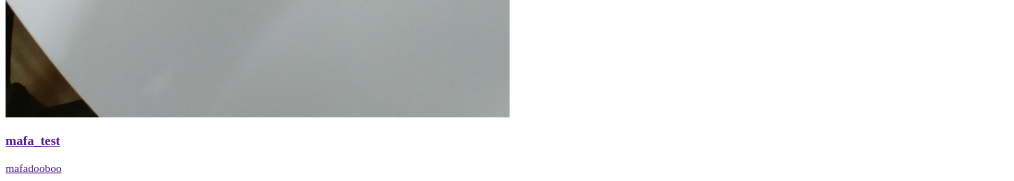
Repository: DevMinwoo-Jung/Portfolio
Page: index.html
The author's editor kept a copy of each file at every save. The page is drawn from the files as they stood at one save, then again after the next save.
The browser window is 1280 px wide. The page is 1280 px wide, then 1448 px, so the pictures cover 1448 px, including what lies to the right of the window. The pictures show the part of the page from y = 4101 to 5781 px (the page is 4359 px tall before and 9724 px after), at 70% of full size.
Some web libraries are served in a nearby version.

Above is the page before, as saved 2021-03-22 14:05:06.

### index.html
<!DOCTYPE html>
<html lang="en">
<head>
  <meta charset="UTF-8">
  <meta http-equiv="X-UA-Compatible" content="IE=edge">
  <meta name="viewport" content="width=device-width, initial-scale=1.0">
  <title>Minwoo's Portfolio</title>
  <meta name="description" content="Portfolio for FrontEnd software enginner Minwoo">
  <meta name="author" content="Minwoo">
  <link rel="stylesheet" href="https://pro.fontawesome.com/releases/v5.10.0/css/all.css" integrity="sha384-AYmEC3Yw5cVb3ZcuHtOA93w35dYTsvhLPVnYs9eStHfGJvOvKxVfELGroGkvsg+p" crossorigin="anonymous"/>
  <link rel="icon" type="image/png" href="imgs/favicon.png" />
  <i class="fas fa-address-card"></i>
  <link rel="preconnect" href="https://fonts.gstatic.com">
<link href="https://fonts.googleapis.com/css2?family=Open+Sans:wght@400;600;700&display=swap" rel="stylesheet">
<!-- font-family: 'Open Sans', sans-serif; -->
<link rel="stylesheet" href="style.css">
<script src="main.js" defer></script>
</head>
<body>
  <!-- Navbar -->
  <nav id="navbar">
    <div class="navbar__logo"></div>
    <i class="fas fa-archway"></i>
    <a href="#">Minwoo</a>
      <ul class="navbar__menu">
        <li class="navbar__menu__item">Home</li>
        <li class="navbar__menu__item">About</li>
        <li class="navbar__menu__item">Skills</li>
        <li class="navbar__menu__item">My work</li>
        <li class="navbar__menu__item">Testmonial</li>
        <li class="navbar__menu__item">Contact</li>
      </ul>
  </nav>
  <!-- Home -->
  <section id="home">
    <img src="imgs/main.png"
         alt="Minwoo's profile photo"
         class="home__avatar"
     />
    <h1 class="home__title">Hello, <br> I'm Minwoo</h1>
    <h2 class="home__description">안녕하세요 FrontEnd 개발자 정민우입니다.</h2>
    <button class="home__contact">Contact Me</button>
  </section>
  <!-- About -->
  <section id="about">
    <h1>About me</h1>
    <p>
      BackEnd enginner로 커리어를 시작했지만 Front-End개발자로 다시 시작하고자 하는 정민우입니다.
    </p>
    <div class="about__majors">
      <div class="major">
        <div class="major__icon">
          <i class="fab fa-js-square"></i>
        </div>
        <div class="major__title">Front-End</div>
        <div class="major__description">
          HTML, CSS, JavaScript, TypeScript,
          <br/> React, Web APIs
        </div>
      </div>
      <div class="major">
        <div class="major__icon">
          <i class="fab fa-js-square"></i>
        </div>
        <div class="major__title">Front-End</div>
        <div class="major__description">
          HTML, CSS, JavaScript, TypeScript,
          <br/> React, Web APIs
        </div>
      </div>
      <div class="major">
        <div class="major__icon">
          <i class="fab fa-js-square"></i>
        </div>
        <div class="major__title">Front-End</div>
        <div class="major__description">
          HTML, CSS, JavaScript, TypeScript,
          <br/> React, Web APIs
        </div>
      </div>
    </div>
    <div class="about__jobs">
      <div class="job">
        <img src="" alt="" class="job__logo">
        <p class="job__name"></p>
        <p class="job__period"></p>
      </div>
      <div class="job"></div>
    </div>
  </section>
  <!-- Skills -->
  <section id="skills">
    <h1>Skills</h1>
    <h2>Skills & Attributes</h2>
    <p>
      orem Ipsum is simply dummy text of the printing and typesetting industry. Lorem Ipsum has been the industry's standard dummy text ever since the 1500s, when an unknown printer took a galley of type and scrambled it to make a type specimen book. It has survived not only five centuries, but also the leap into electronic typesetting, remaining essentially unchanged. It was popularised in the 1960s with the release of Letraset sheets containing Lorem Ipsum passages, and more recently with desktop publishing software like Aldus PageMaker including versions of Lorem Ipsum.
    </p>
    <div class="skillSet">
      <div class="skillset__left">
        <h3 class="skillset__title">Skills</h3>
        <div class="skill">
          <div class="skill_description">
            <span>HTML</span>
            <span>99%</span>
          </div>
          <div class="skill__bar">
            <div class="skill__value"></div>
          </div>
          <div class="skill_description">
            <span>CSS</span>
            <span>99%</span>
          </div>
          <div class="skill__bar">
            <div class="skill__value"></div>
          </div>
          <div class="skill_description">
            <span>JavaScript</span>
            <span>99%</span>
          </div>
          <div class="skill__bar">
            <div class="skill__value"></div>
          </div>
          <div class="skill_description">
            <span>Nodejs</span>
            <span>99%</span>
          </div>
          <div class="skill__bar">
            <div class="skill__value"></div>
          </div>
          <div class="skill_description">
            <span>React</span>
            <span>99%</span>
          </div>
          <div class="skill__bar">
            <div class="skill__value"></div>
          </div>
        </div>
      </div>

      <div class="skillset__right">
        <div class="tools">
          <h3 class="skillset__title">Tools</h3>
          <ul class="tools_list">
            <li><span>Visual Studio Code</span></li>
            <li><span>Git Hub</span></li>
            <li><span>Eclips</span></li>
            <li><span>SourceTree</span></li>
            <li><span>Cmder</span></li>
          </ul>
        </div>
        <div class="etc">
          <h3 class="skillset__title">Etc</h3>
          <ul class="etc__list">
            <li><span>Git</span></li>
            <li><span>Scrum master</span></li>
          </ul>
        </div>
      </div>
    </div>
  </section>
  <!-- Work -->
  <section id="work">
    <h1>My Work</h1>
    <h3>projects</h3>
    <div class="work__categories">
      <button class="category__btn">ALL <span class="category__count">2</span></button>
      <button class="category__btn">Front-end <span class="category__count">3</span></button>
      <button class="category__btn">Back-end <span class="category__count">2</span></button>
      <button class="category__btn">Etc <span class="category__count">2</span></button>
    </div>

    <div class="work__projects">
      <a href="" class="project" target="blank">
        <img src="imgs/projects/mafa.jpg" alt="mafa">
        <div class="project__description">
          <h3>mafa_test</h3>
          <span>mafadooboo</span>
        </div>
      </a>
    </div>
  <!-- Testmonials -->
  <section id="testmonials">
  <!-- Contact -->
  <section id="contact"></section>
  </section>
  </section>
  </section>
</body>
</html>

Loaded but not shown: main.js (no stored copy; drawn as an empty file); style.css (no stored copy; drawn as an empty file)

After the next save:
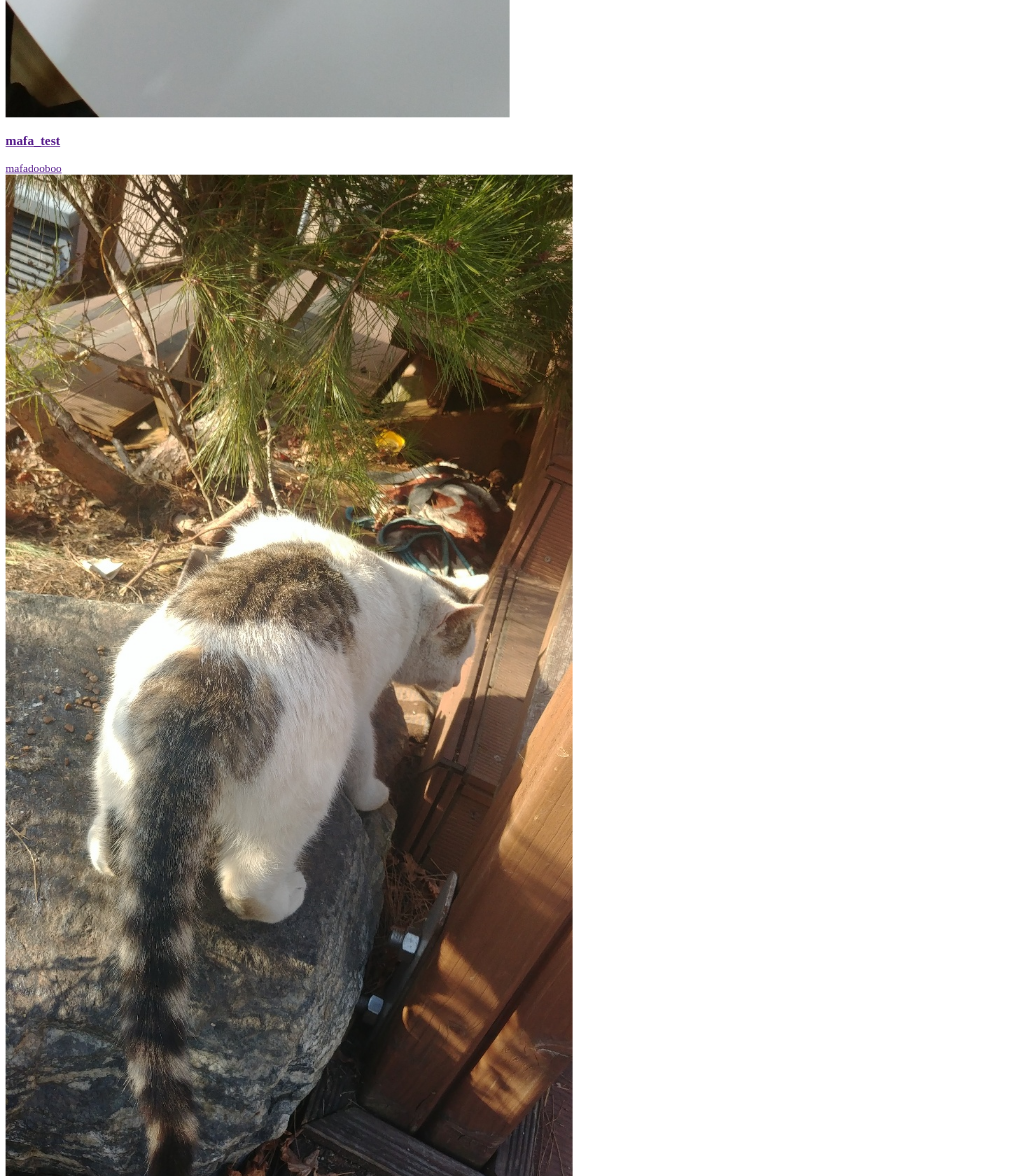
Saved 95 s later.
--- a/index.html
+++ b/index.html
@@ -177,6 +177,34 @@
           <span>mafadooboo</span>
         </div>
       </a>
+      <a href="" class="project" target="blank">
+        <img src="imgs/projects/catAss.jpg" alt="catAss">
+        <div class="project__description">
+          <h3>catAss_test</h3>
+          <span>miss_myCat</span>
+        </div>
+      </a>
+      <a href="" class="project" target="blank">
+        <img src="imgs/projects/alone.jpg" alt="alone">
+        <div class="project__description">
+          <h3>alone_test</h3>
+          <span>past</span>
+        </div>
+      </a>
+      <a href="" class="project" target="blank">
+        <img src="imgs/projects/snow.jpg" alt="snow">
+        <div class="project__description">
+          <h3>snow_test</h3>
+          <span>snow</span>
+        </div>
+      </a>
+      <a href="" class="project" target="blank">
+        <img src="imgs/projects/takealook.jpg" alt="takealook">
+        <div class="project__description">
+          <h3>takealook_test</h3>
+          <span>takealook</span>
+        </div>
+      </a>
     </div>
   <!-- Testmonials -->
   <section id="testmonials">
